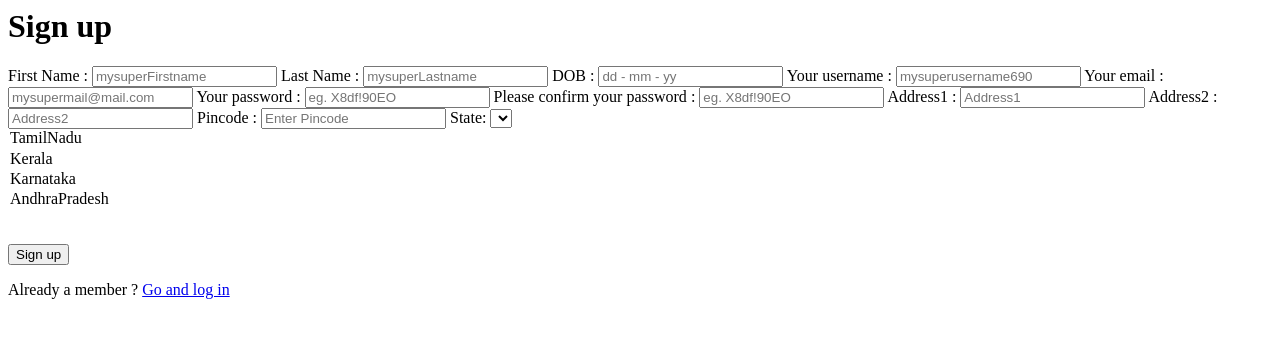
Repository: ravisudharsan/StarKart
Page: http://localhost/StarkartFrontend/WEB-INF/views/register.jsp
These files come from the project's save history. The page is drawn as it stood at one moment and after the next save; the edit follows.
The browser window is 1280 px wide. The pictures show the whole page.
The page is served by Tomcat 9. Nobody is signed in. The template is opened directly, without the code that normally fills it, so the values that code supplies are empty.

Above is the page before, as saved 2016-10-26 05:17:03.

After the next save:
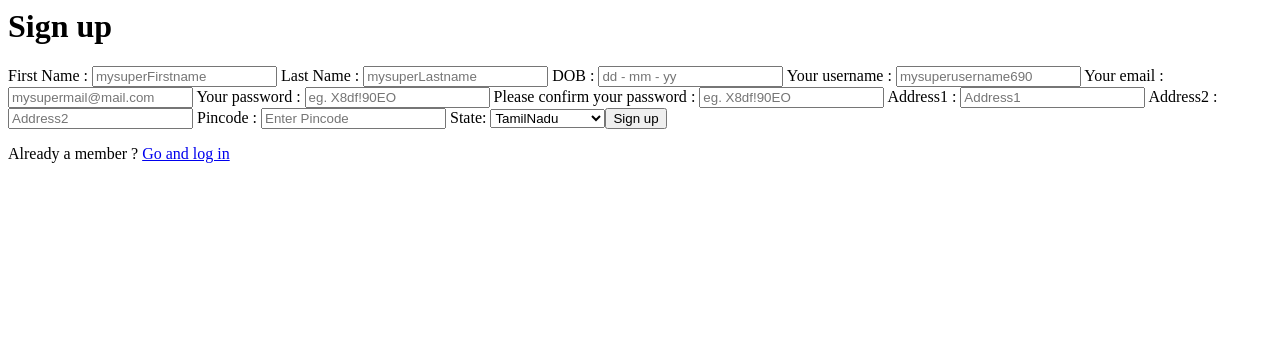
Saved 44 s later.
--- a/StarkartFrontend/src/main/webapp/WEB-INF/views/register.jsp
+++ b/StarkartFrontend/src/main/webapp/WEB-INF/views/register.jsp
@@ -72,7 +72,7 @@
 
 					<tr>
 
-					<td> State</td><td>:</td> <td><Select></Select>
+					<td> State</td><td>:</td> <td><Select>
 				<option value="TamilNadu">TamilNadu</option>
 				<option value="Kerala">Kerala</option>
 				<option value="Karnataka">Karnataka</option>
